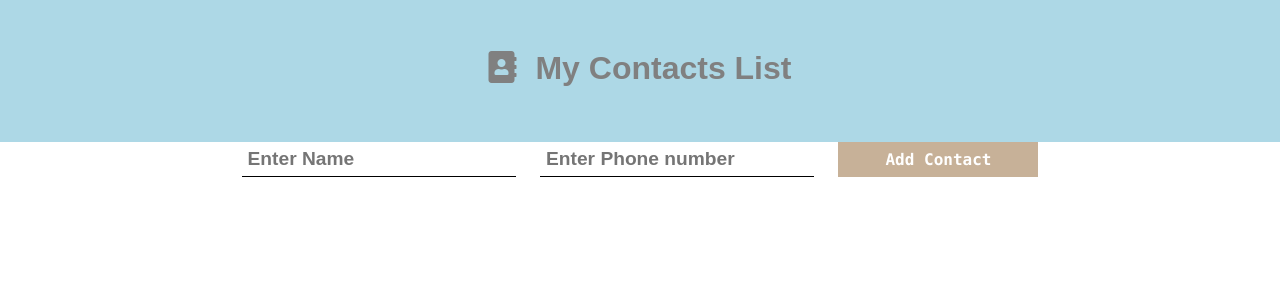
Repository: Sayan-100/Contact-List
Page: http://localhost/
An editor plug-in stored every save of this project. The page is shown before and after the next save, followed by the edit.
The browser window is 1280 px wide. The pictures show the whole page.
Some web libraries are served in a nearby version. The page is served by the project's Node server (index.js). Other server files are loaded and not shown. Queries for data that is not in the repository find no rows.

Above is the page before, as saved 2022-01-10 14:48:23.

### views/home.ejs
<html>

<head>
    <title>
        <%=locals.title%>
    </title>

    <link rel="stylesheet" href="https://use.fontawesome.com/releases/v5.5.0/css/all.css" integrity="sha384-B4dIYHKNBt8Bc12p+WXckhzcICo0wtJAoU8YZTY5qE0Id1GSseTk6S+L3BlXeVIU" crossorigin="anonymous">

    <!-- our css should below all the style so that we can override -->
    <link rel="stylesheet" href="/css/home.css">

</head>

<body>

    <div id="mb">
        <div class="element">
            <h1 id="page-heading">
                <i class="fas fa-address-book "></i> My Contacts List
            </h1>
        </div>
        <div id="contact-list-container" class="element">
            <ul>
                <% for(let i of contact_list) {%>
                    <li class="contact">
                        <div class="details-name">
                            <p>
                                <%= i.name %>
                            </p>
                        </div>
                        <div class="details-contact-number delete-button">

                            <div>
                                <p>
                                    <%= i.phone %>
                                </p>
                            </div>

                            <div>
                                <a href="/delete-contact/?id=<%=i._id%>">
                                    <i class="fas fa-window-close"></i>
                                </a>
                            </div>
                        </div>
                    </li>
                    <% } %>
            </ul>
        </div>
    </div>

    <form id="new-contact-form" action="/create_contact" method="POST">
        <input type="text" name="name" required placeholder="Enter Name">
        <input type="number" name="phone" required placeholder="Enter Phone number">

        <button type="submit">Add Contact</button>

    </form>

    <script type="text/javascript" src="/js/home.js">
    </script>

</body>

</html>

### index.js
const express = require('express');
const path = require('path');
const port = 8000;

const db = require('./config/mongoose');
const Contact = require('./models/contact');

const app = express();


app.set('view engine', 'ejs');
app.set('views', path.join(__dirname, 'views'));
app.use(express.urlencoded());
app.use(express.static('assets'));

//middleware 1
// app.use(function(req, res, next) {
//     req.myName = "Sayan";
//     // console.log("middleware 1 called");
//     next();
// })

//middleware 2
// app.use(function(req, res, next) {
//     console.log('My name from middleware 2', req.myName);
//     next();
// })

// var contactList = [{
//         name: "Arapan sir",
//         phone: "1111111111"
//     },

//     {
//         name: "Coding Ninjas",
//         phone: "2111222222"
//     },

//     {
//         name: "Sayan",
//         phone: "4444444444"
//     }

// ];


app.get('/', function(req, res) {
    // console.log(__dirname);
    // res.send('<h1>cool, it is running or is it?</h1>');
    //return

    // console.log("from the get route", req.myName);

    Contact.find({}, function(err, contacts) {
        if (err) {
            console.log('Error in fetching contact list from db');
            return;
        }

        return res.render('home', {
            title: "My contacts list",
            contact_list: contacts
        });

    });


    // return res.render('home', {
    //     title: "My contacts list",
    //     contact_list: contactList
    // });

});

app.get('/practice', function(req, res) {
    return res.render('practice', {
        title: "Let us play with ejs"
    });
});

app.get('/delete-contact', function(req, res) {
    //console.log(req.query);
    //let phone = req.query.phone;
    let id = req.query.id;
    Contact.findByIdAndDelete(id, function(err) {
        if (err) {
            console.log('error in deleting a object form database');
            return;
        }

        return res.redirect('back');
    });
    // let contactIndex = contactList.findIndex(contact => contact.phone == phone);

    // if (contactIndex != -1) {
    //     contactList.splice(contactIndex, 1);
    // }

    // return res.redirect('back');
});

app.get('/', function(req, res) {

});


app.post('/create_contact', function(req, res) {
    // return res.redirect('/practice');
    // contactList.push({
    //     name: req.body.name,
    //     phone: req.body.phone
    // });
    // contactList.push(req.body);
    Contact.create({
        name: req.body.name,
        phone: req.body.phone
    }, function(err, newContact) {
        if (err) {
            console.log('error in creating a contact!');
            return;
        }

        console.log('*********', newContact);
        return res.redirect('back');

    });

    // return res.redirect('/');
    // return res.redirect('back');
});

app.listen(port, function(err) {

    if (err) {
        console.log('Error in running Server');
    }

    console.log('Yup. My express server is running on port', port);
});

### assets/css/home.css
    body {
        margin: 0;
        font-family: sans-serif;
        text-align: center;
    }

    #page-heading {
        text-align: center;
        margin-top: 25px;
        color: grey;
    }

    li {
        list-style: none;
        display: flex;
        box-sizing: border-box;
        justify-content: space-between;
        background-color: #EA99D5;
        margin-bottom: 4px;
        width: 80%;
        font-weight: 600;
        overflow: hidden;
        color: white;
        font-family: monaco;
    }

    li:hover {
        background-color: #BAABDA;
    }

    input {
        margin-right: 20px;
        padding: 6px;
        border: transparent;
        border-bottom: 1px solid black;
        font-family: sans-serif;
        font-weight: 700;
        font-size: 1.2rem;
    }

    button {
        padding: 6px;
        width: 200px;
        height: 35px;
        background-color: #C7B198;
        font-family: monaco;
        font-weight: 600;
        color: white;
        border: none;
        font-size: 1rem;
    }

    button:hover {
        background-color: #CA965C;
    }

    p {
        display: inline-block;
        padding-left: 2rem;
        padding-right: 5rem;
    }

    .details-contact-number {
        display: flex;
        justify-content: space-evenly;
    }

    i {
        margin-top: 20px;
        margin-right: 10px;
    }

    #mb {
        width: 100vw;
        display: flex;
        flex-direction: column;
        align-items: center;
        background-color: lightblue;
    }

    #contact-list-container {
        width: 100%;
    }

    .element {
        margin: 6px;
    }

Loaded but not shown: assets/js/home.js (common file)

After the next save:
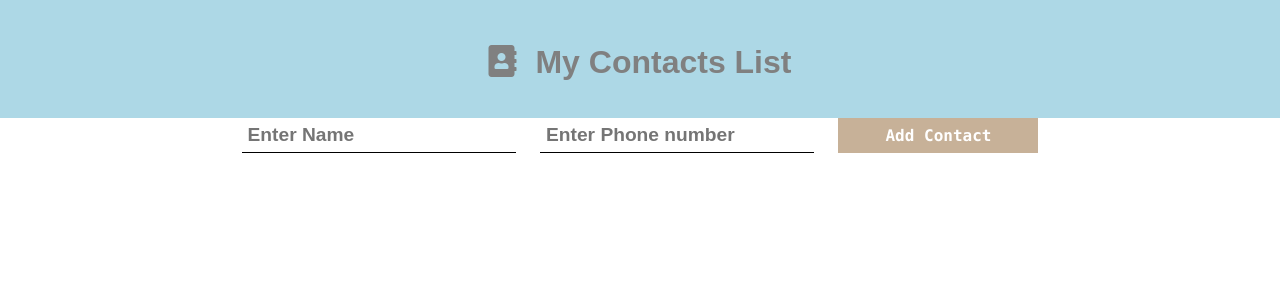
Saved 14 s later.
--- a/assets/css/home.css
+++ b/assets/css/home.css
@@ -81,7 +81,6 @@
     #contact-list-container {
         width: 100%;
     }
-
-    .element {
-        margin: 6px;
-    }
+    /* .element {
+        margin: px;
+    } */
